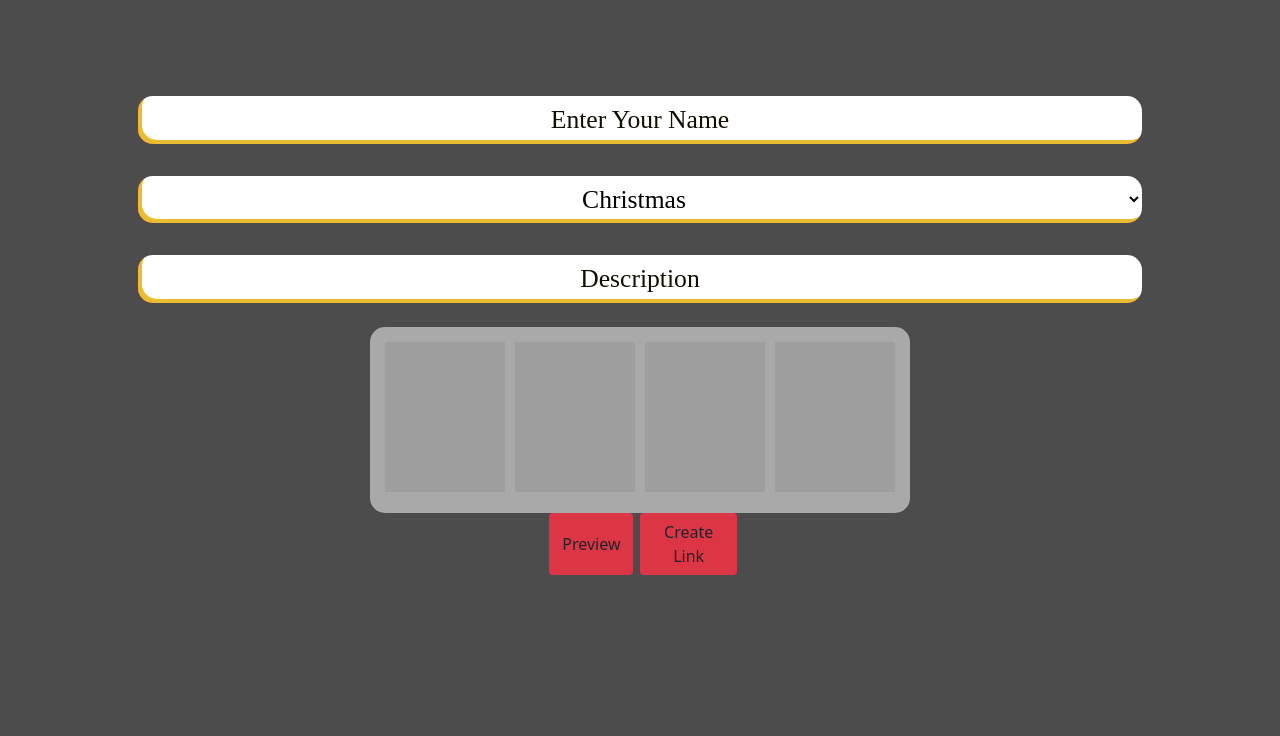
Repository: Haneef-Shaik/Greetings
Page: /
The author's editor kept a copy of each file at every save. The page is drawn from the files as they stood at one save, then again after the next save.
The browser window is 1280 px wide. The pictures show the whole page.
Pictures or frames that could not be fetched are drawn as grey boxes. The project was rebuilt for these pictures with package versions that can differ from the ones it lists, and the page was loaded fresh each time. The framework's server and built-in components were replaced by stand-ins that run in the browser. Also part of the build but not shown: next.config.js, styles/card.module.scss, components/card.js, styles/socialShare.module.scss, components/socialShare.js.

Above is the page before, as saved 2021-12-01 21:11:57.

### pages/_app.js
import '../styles/globals.css'
import 'bootstrap/dist/css/bootstrap.css'


function MyApp({ Component, pageProps }) {
  return <Component {...pageProps} />
}

export default MyApp

### pages/index.js
import Card from "../components/card.js";
import {useRouter} from 'next/router';
import Ss from "../components/socialShare"
import InpFrm from "../components/form"

export default function Home() {
  const {query} = useRouter();
  const myurls='https://gratefulprayerthankfulheart.com/wp-content/uploads/2014/12/aquawhitechristmastreegreeting.jpg';

  if(query.length > 0)
  {

    if(query.greeting)
    {
      return (
        <>
          <Card event={query.event} image={query.bgImg} name={query.name} greeting={query.greeting}  />
        </>
          )
    }
    else
    {
      return (
        <>
          <Card event={query.event} image={query.bgImg} name={query.name}  />
        </>
          )
    }

  }
  else
  {
    return (
        <>
          <InpFrm />
        </>
        )
  }
    // return (
    //   <>
        {/* <Card event='Event' image={myurls} name='Name' color='red' greeting="Lorem Ipsum is simply dummy text of the printing and typesetting industry. Lorem Ipsum has been thing software like Aldus PageMaker including versions of Lorem Ipsum."  /> */}
        {/* <Ss mylink="localhost:3000/name=haneef&event=christmas" /> */}
    {/*     <Ss mylink="localhost:3000/name=haneef&event=christmasW&sddsajnodsoduaibdadbksa" /> */}
    //   </>
    //     )

}

### components/form.js
/* eslint-disable no-undef */
import React, {useState,useRef} from 'react'

import 'bootstrap/dist/css/bootstrap.min.css';
import styles from '../styles/form.module.scss';
import IMAGE from 'next/image'


function Edit() {

    const [IMG1,setImg]=useState('christmas.png');


    return (
        <div className="container-fluid p-2 "  style={{backgroundColor:'#4C4C4C'} }>
            <div className="container">
                <div className="row">
                    <div className="col-12">
                        <div className={styles.formContainer} >
                            <form className="formStyle">
                                <input type="text" placeholder="Enter Your Name" className="col-12" required />

                                <select name="festival" className="col-12 p-2">
                                    <option value="christmas">Christmas</option>
                                    <option value="newYear">New Year</option>
                                </select>

                                <input type="text" placeholder="Description" className="col-12" optional />

                                <div className="d-flex justify-content-around align-items-center flex-wrap mt-4" style={{backgroundColor:'darkgrey',borderRadius:'15px',padding:'10px'}}>
                                    {/* <label htmlFor="img1">
                                        <IMAGE src='/images/christmas/christmas.png' width={200} height={100} />
                                    </label>
                                    <label htmlFor="img2">
                                        <IMAGE src='/images/christmas/christmas.png' width={200} height={100} />
                                    </label>
                                    <label htmlFor="img3">
                                        <IMAGE src='/images/christmas/christmas.png' width={200} height={100} />
                                    </label>
                                    <label htmlFor="img4">
                                        <IMAGE src='/images/christmas/christmas.png' width={200} height={100} />
                                    </label>
                                    <input type="radio" name="BgImage" className="bgImg" id="img1" hidden="true" />
                                    <input type="radio" name="BgImage" className="bgImg" id="img2" hidden="true" />
                                    <input type="radio" name="BgImage" className="bgImg" id="img3" hidden="true" />
                                    <input type="radio" name="BgImage" className="bgImg" id="img4" hidden="true" /> */}

                                <button onClick={()=>setImg('christmas.png')} className="btn p-1">
                                    <IMAGE src='/images/christmas/christmas.png' width="120" height="150" />
                                </button>

                                <button onClick={()=>setImg('christmas1.png')} className="btn p-1">
                                    <IMAGE src='/images/christmas/christmas1.png' width="120" height="150" />
                                </button>

                                <button onClick={()=>setImg('christmas2.png')} className="btn p-1">
                                    <IMAGE src='/images/christmas/christmas2.png' width="120" height="150" />
                                </button>

                                <button onClick={()=>setImg('christmas2.png')} className="btn p-1">
                                    <IMAGE src='/images/christmas/christmas2.png' width="120" height="150" />
                                </button>

                                </div>

                                <div className="footerBanner">
                                    <div className="row ">
                                        <div className="col p-0 m-0 d-flex justify-content-around "  > <button className="bg-danger btn"  >Preview</button></div>
                                        <div className="col p-0 m-0 d-flex justify-content-around "  > <button className="bg-danger btn"  > Create Link </button></div>
                                    </div>
                                </div>
                            </form>
                        </div>
                    </div>
                </div>
            </div>
        </div>
    )
}


class InvitationCard extends React.Component{
    render(){
        return (

                <div className="body p-2" style={{backgroundColor: this.props.c,backgroundImage:`url(${this.props.im})`,backgroundSize:350,backgroundRepeat:'no-repeat'}} >
                    <h1 id="heading" style={{color: this.props.heading}}>{this.props.name}</h1>
                    <p style={{marginTop: "50px",color: this.props.content}}>{this.props.message}</p>
                    <p style={{color: this.props.content}} id="toWhom">{this.props.to}</p>
                </div>
        )
    }

}



export default Edit;

### styles/form.module.scss
.formContainer{
    padding:5%;
    min-height:100vh;
    background-color:#4C4C4C;
    // background: linear-gradient(#920000,#800000,#6D0000,#490000);
    input , select {
        margin-top:2rem;

        text-align:center;
        font-family: 'Times New Roman', Times, serif;
        font-size:1.6rem;
        border:none;

        background-color:#fff;
        border-radius:15px;
        box-shadow: inset 4px -4px 0px #EABC32 , inset 2px -2px 0px #f00 ;
        line-height:3rem;
        &::placeholder{
            color:#120E02;
        }
    }
    form{
        display: flex;
        align-items:center;
        justify-content: space-evenly;
        flex-direction: column;
        flex-wrap: wrap;
    }
    .bgImg:active{
        border: 5px solid white;
    }
}

Loaded but not shown: styles/globals.css (common file)

After the next save:
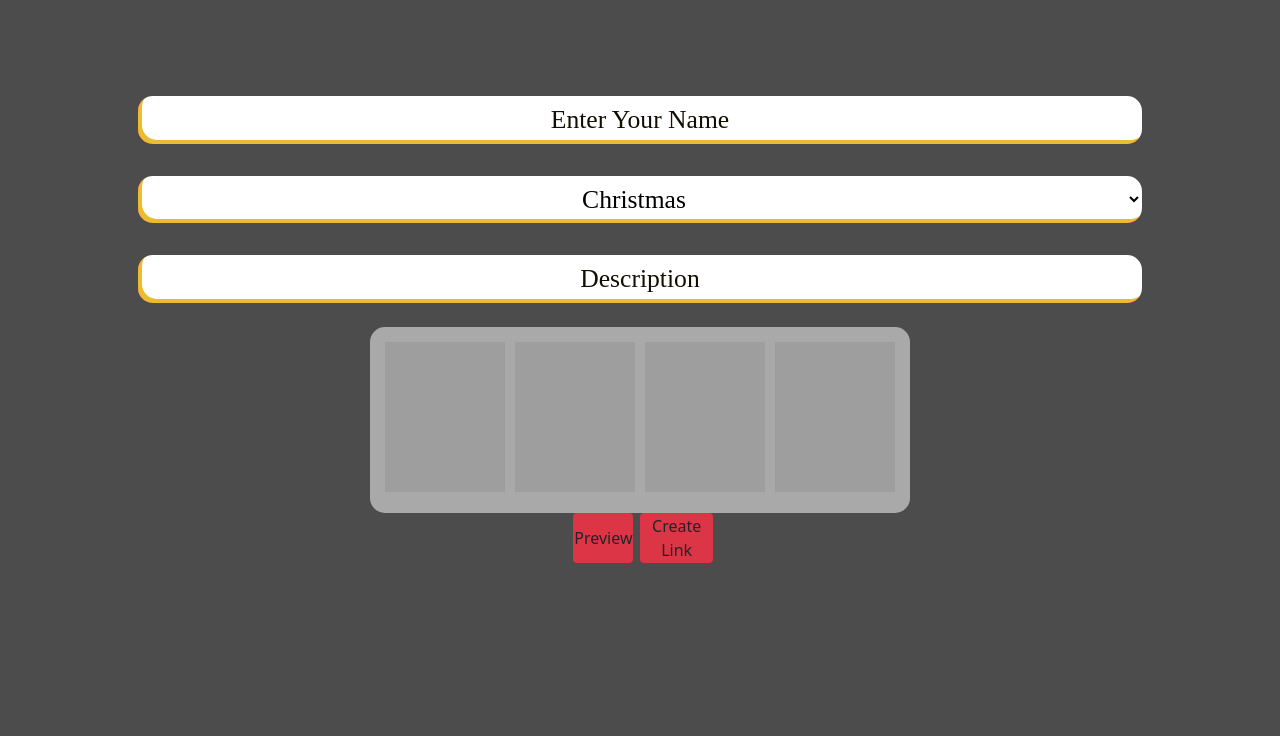
Saved 4 s later.
--- a/components/form.js
+++ b/components/form.js
@@ -65,8 +65,8 @@ function Edit() {
 
                                 <div className="footerBanner">
                                     <div className="row ">
-                                        <div className="col p-0 m-0 d-flex justify-content-around "  > <button className="bg-danger btn"  >Preview</button></div>
-                                        <div className="col p-0 m-0 d-flex justify-content-around "  > <button className="bg-danger btn"  > Create Link </button></div>
+                                        <div className="col p-0 m-0 d-flex justify-content-around "  > <button className="bg-danger btn p-0"  >Preview</button></div>
+                                        <div className="col p-0 m-0 d-flex justify-content-around "  > <button className="bg-danger btn p-0"  > Create Link </button></div>
                                     </div>
                                 </div>
                             </form>
